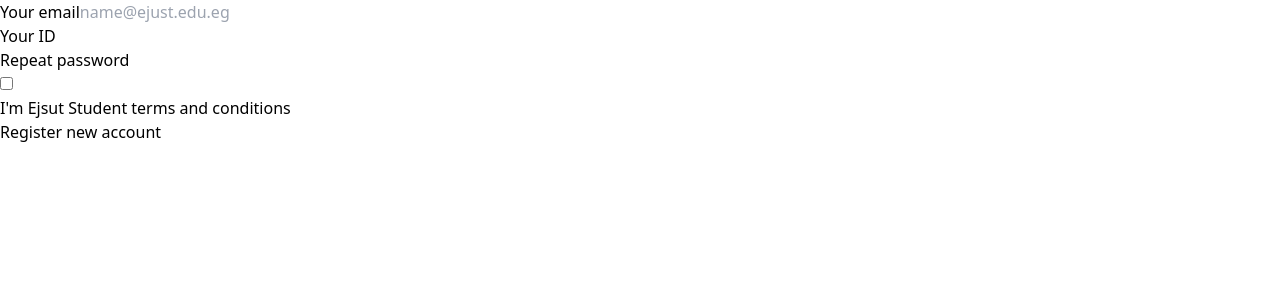
Repository: AbdalrahmanEldeep/FIBOTIC
Page: /
An editor plug-in stored every save of this project. The page is shown before and after the next save, followed by the edit.
The browser window is 1280 px wide. The pictures show the whole page.
The project was rebuilt for these pictures with package versions that can differ from the ones it lists, and the page was loaded fresh each time. Also part of the build but not shown: vite.config.js, src/pages/protecter.jsx, src/pages/exame.jsx.

Above is the page before, as saved 2023-01-06 22:27:28.

After the next save:
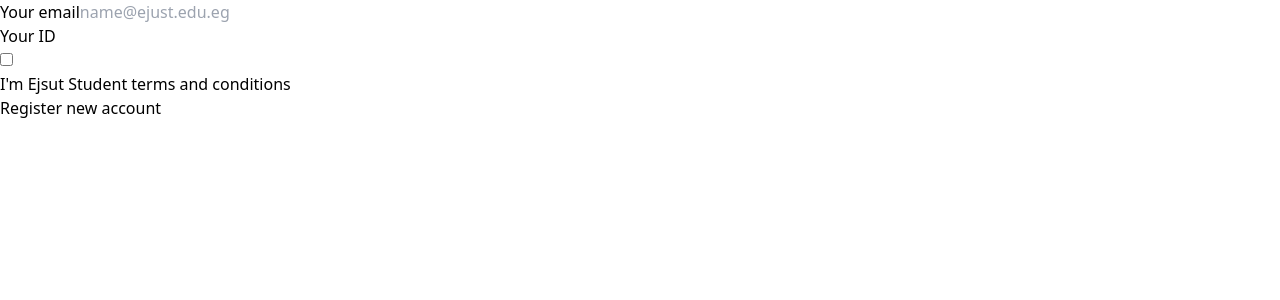
Saved 9 s later.
--- a/src/components/Form.jsx
+++ b/src/components/Form.jsx
@@ -12,10 +12,6 @@ export const Form = () => {
     <label htmlFor="stdid" className="block mb-2 text-sm font-medium text-gray-900 dark:text-white">Your ID</label>
     <input type="text" id="stdid" className="shadow-sm bg-gray-50 border border-gray-300 text-gray-900 text-sm rounded-lg focus:ring-blue-500 focus:border-blue-500 block w-full p-2.5 dark:bg-gray-700 dark:border-gray-600 dark:placeholder-gray-400 dark:text-white dark:focus:ring-blue-500 dark:focus:border-blue-500 dark:shadow-sm-light" required />
   </div>
-  <div className="mb-6">
-    <label htmlFor="repeat-password" className="block mb-2 text-sm font-medium text-gray-900 dark:text-white">Repeat password</label>
-    <input type="password" id="repeat-password" className="shadow-sm bg-gray-50 border border-gray-300 text-gray-900 text-sm rounded-lg focus:ring-blue-500 focus:border-blue-500 block w-full p-2.5 dark:bg-gray-700 dark:border-gray-600 dark:placeholder-gray-400 dark:text-white dark:focus:ring-blue-500 dark:focus:border-blue-500 dark:shadow-sm-light" required />
-  </div>
   <div className="flex items-start mb-6">
     <div className="flex items-center h-5">
       <input id="terms" type="checkbox" value="" className="w-4 h-4 border border-gray-300 rounded bg-gray-50 focus:ring-3 focus:ring-blue-300 dark:bg-gray-700 dark:border-gray-600 dark:focus:ring-blue-600 dark:ring-offset-gray-800" required />
